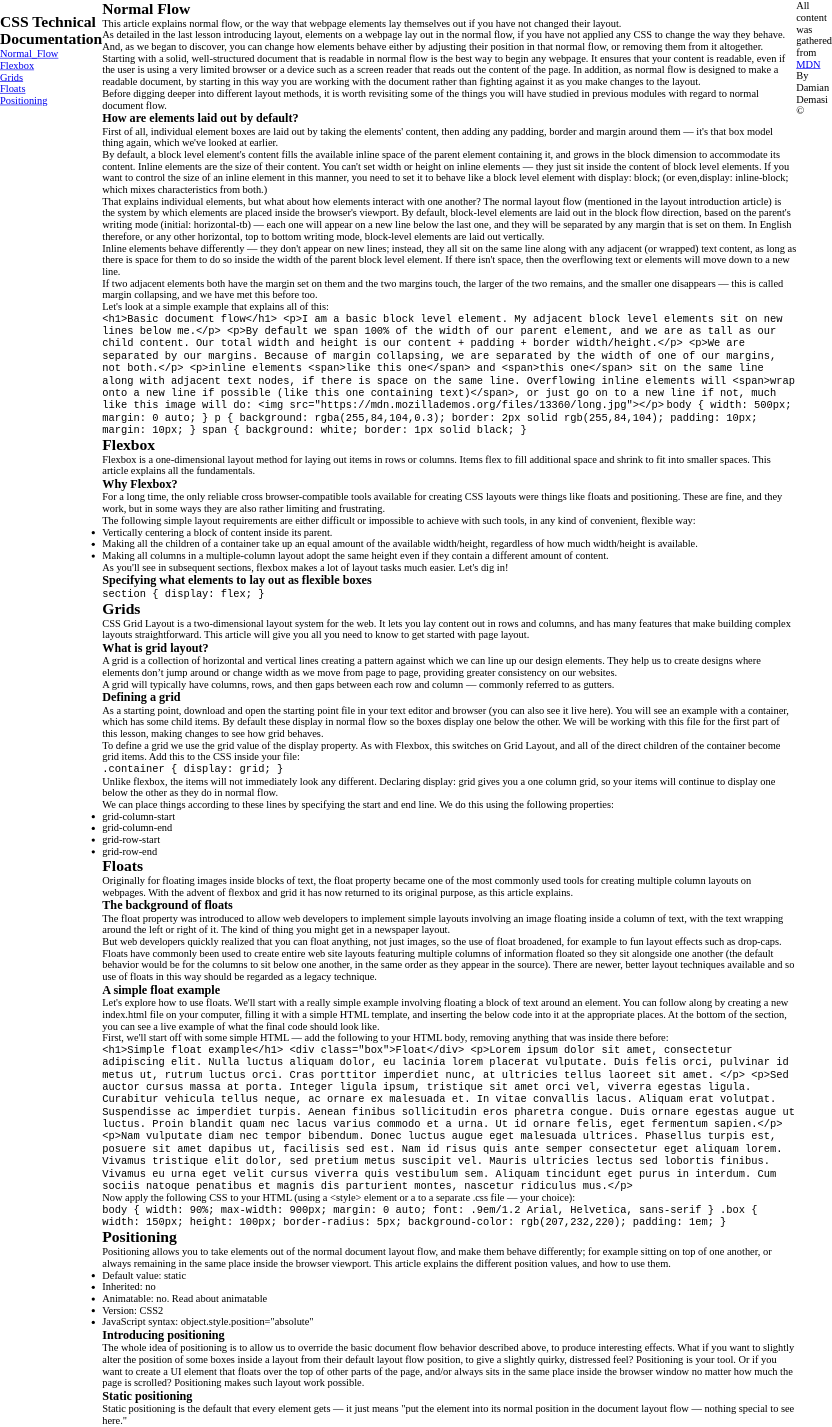
Repository: Colo-Codes/freecodecamp-04-Technical-Documentation-Page
Page: index.html
The author's editor kept a copy of each file at every save. The page is drawn from the files as they stood at one save, then again after the next save.
The browser window is 1280 px wide. The pictures show the whole page, at 65% of full size.

Above is the page before, as saved 2021-05-21 11:26:29.

After the next save:
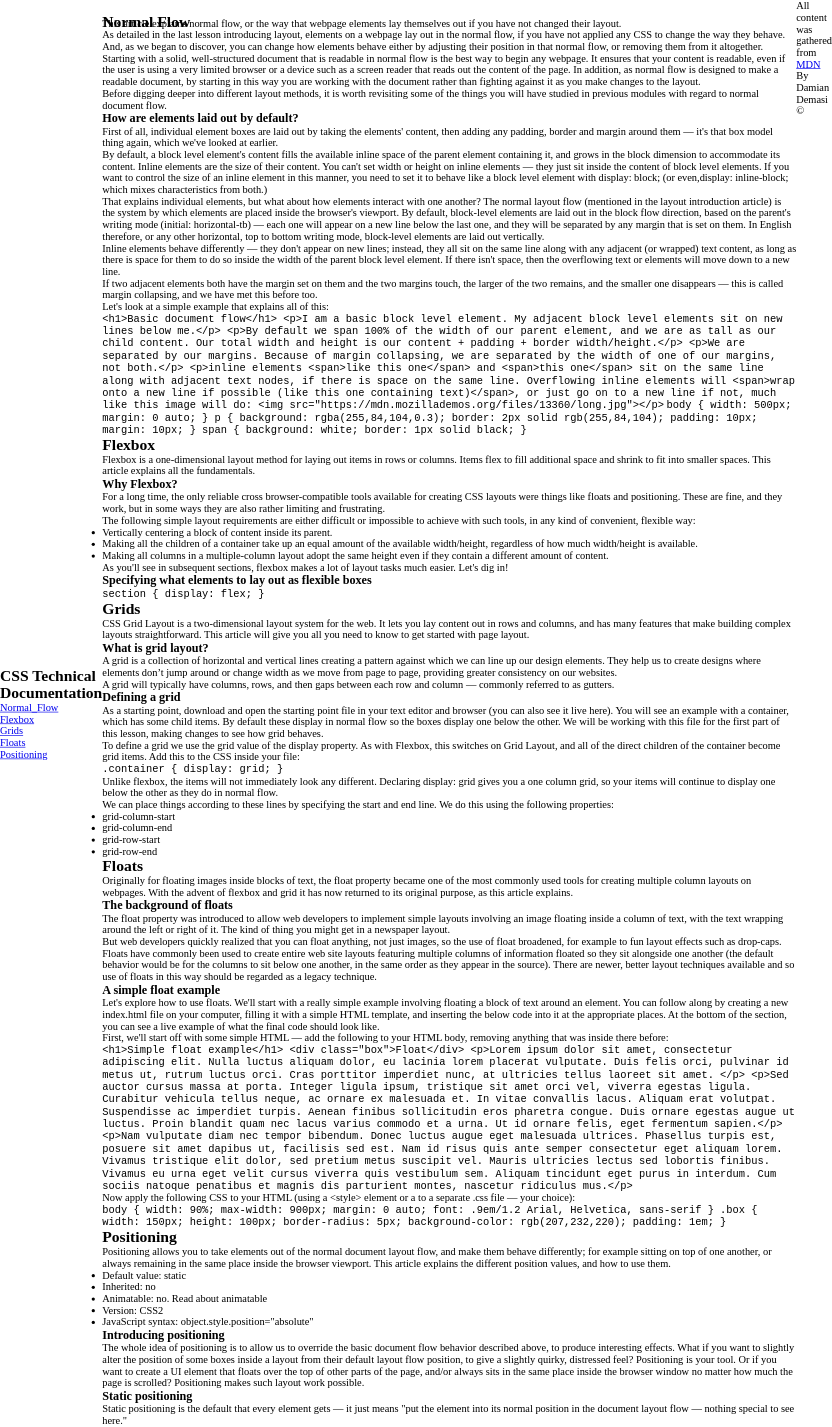
Saved 32 s later.
--- a/resources/css/index.css
+++ b/resources/css/index.css
@@ -18,7 +18,7 @@ body {
     /* align-items: flex-start; */
 }
 
-#navbar {
+header {
     align-self: center;
     position: sticky;
     top: 20px;
